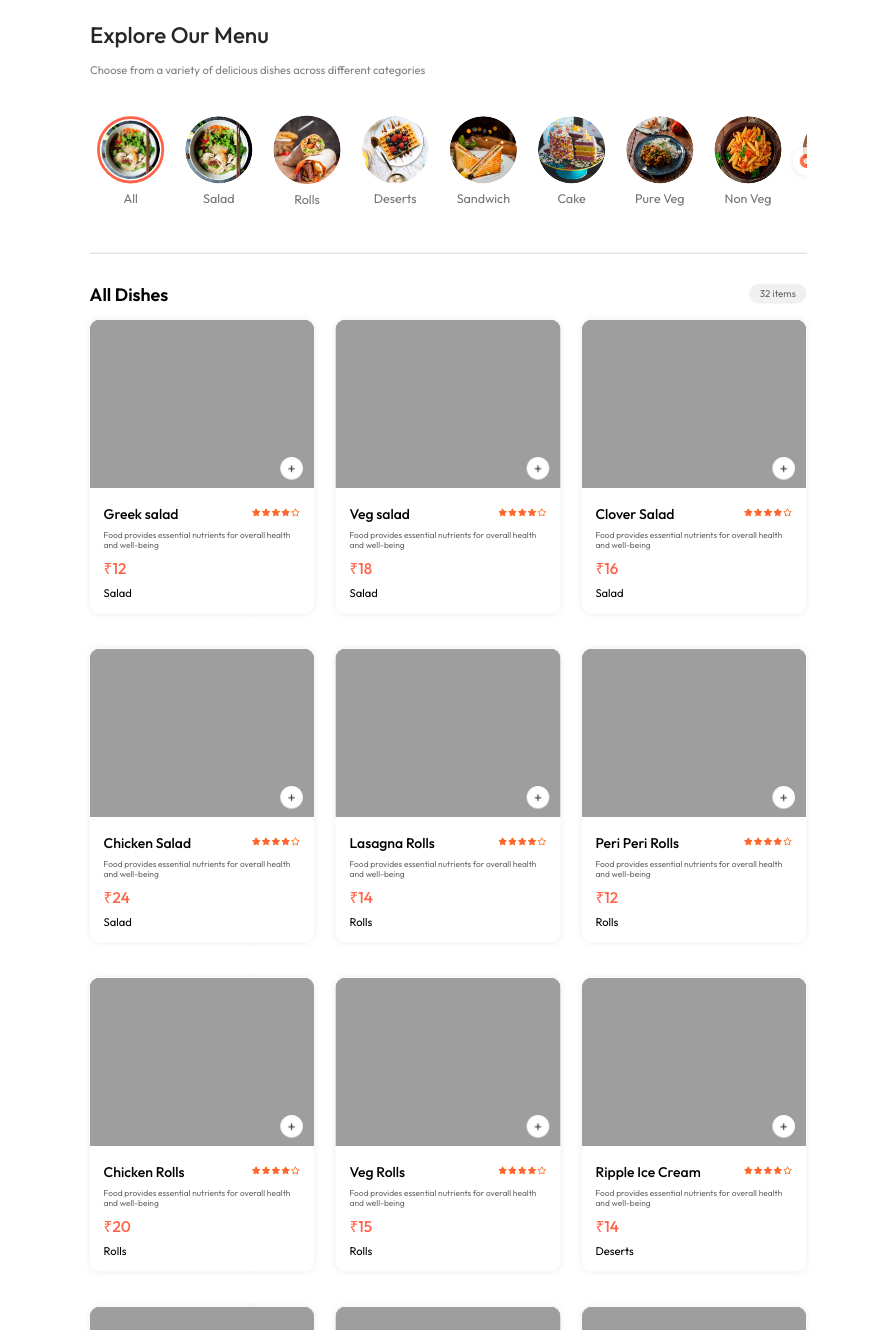
Repository: keyursanglikar/Hotel-Manangement
Page: / (app in frontend/)
The author's editor kept a copy of each file at every save. The page is drawn from the files as they stood at one save, then again after the next save.
The browser window is 1280 px wide. The pictures show the part of the page from y = 609 to 2509 px (the page is 9373 px tall), at 70% of full size.
The page's requests for data from a server got no answer. The project was rebuilt for these pictures with package versions that can differ from the ones it lists, and the page was loaded fresh each time. No one was signed in, and anything a server would have sent is missing. Also part of the build but not shown: frontend/vite.config.js, frontend/src/pages/Cart/Cart.css, frontend/src/pages/Cart/Cart.jsx, frontend/src/pages/PlaceOrder/PlaceOrder.jsx, frontend/src/components/LoginPopup/LoginPopup.css, frontend/src/components/LoginPopup/LoginPopup.jsx, frontend/src/pages/Verify/Verify.css, frontend/src/pages/Verify/Verify.jsx and 2 more.

Above is the page before, as saved 2025-12-04 23:11:54.

After the next save:
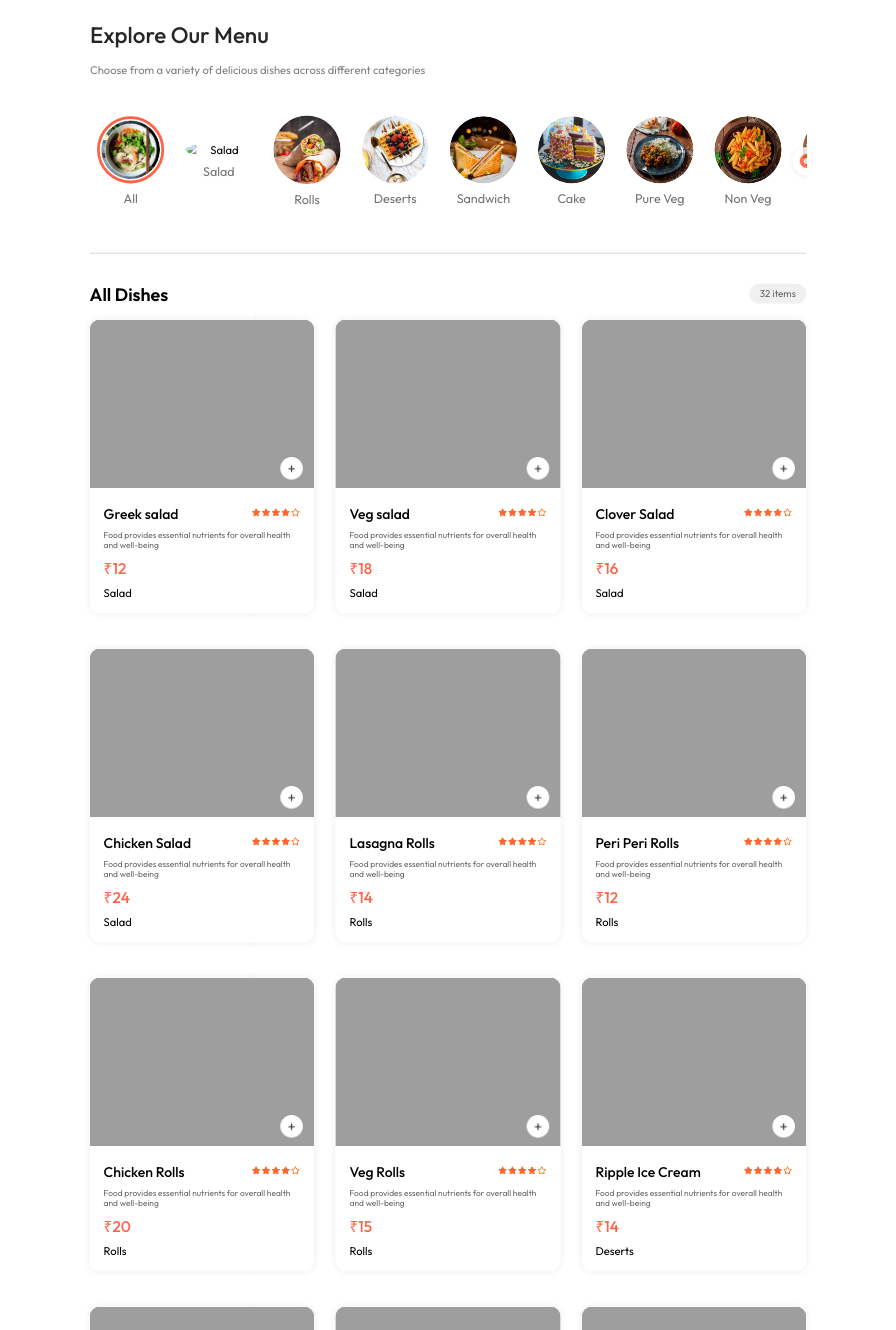
Saved 9 min 54 s later.
--- a/frontend/src/components/ExploreMenu/ExploreMenu.jsx
+++ b/frontend/src/components/ExploreMenu/ExploreMenu.jsx
@@ -41,7 +41,7 @@ const ExploreMenu = ({ category, setCategory }) => {
   // Define all available categories
   const allCategories = [
     "All",
-    "Salad",
+    "Salad ",
     "Rolls",
     "Deserts",
     "Sandwich",
